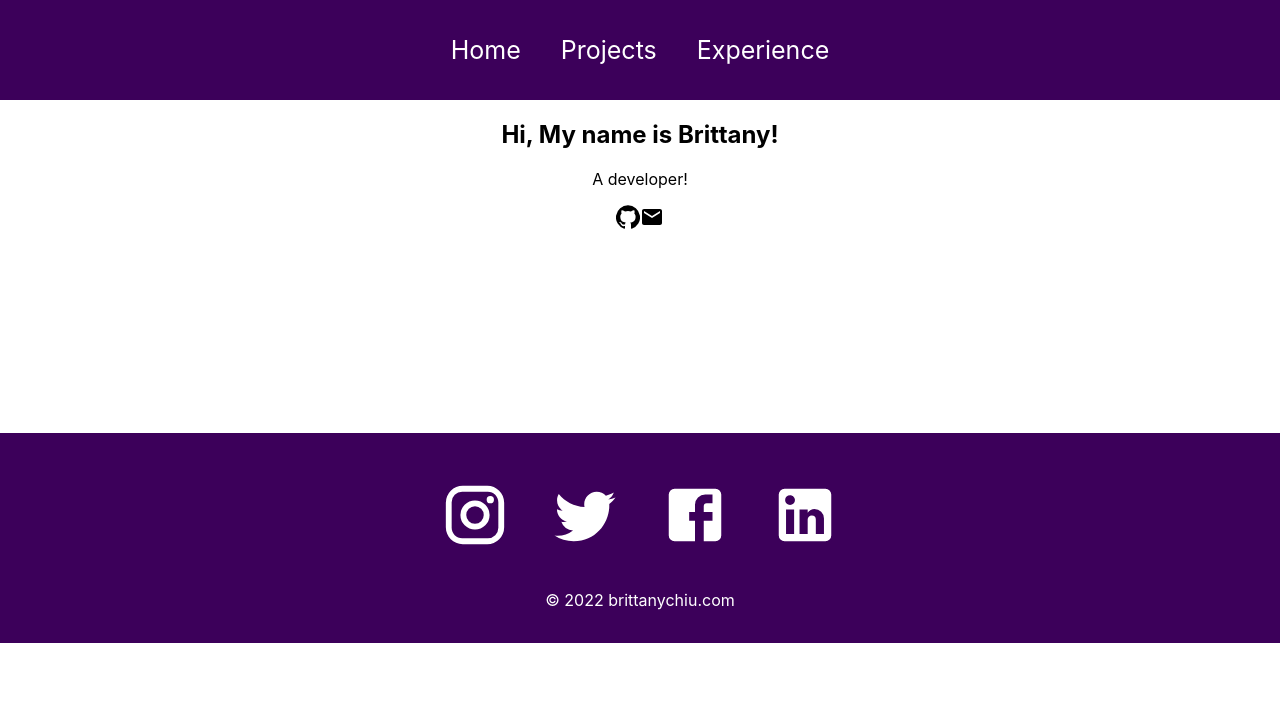
Repository: chiubacca94/chiufolio
Page: /
The author's editor kept a copy of each file at every save. The page is drawn from the files as they stood at one save, then again after the next save.
The browser window is 1280 px wide. The pictures show the whole page.
The project was rebuilt for these pictures with package versions that can differ from the ones it lists, and the page was loaded fresh each time. Also part of the build but not shown: src/components/Projects/Projects.js, src/components/Experiences/Experiences.js.

Above is the page before, as saved 2022-07-03 23:05:44.

### src/App.js
import './App.css';
import { BrowserRouter as Router, Routes, Route } from 'react-router-dom';
import Navbar from './components/NavBar/Navbar';
import Home from './components/Home/Home';
import Projects from './components/Projects/Projects';
import Experiences from './components/Experiences/Experiences';
import Footer from './components/Footer/Footer';

function App() {
  return (
    <div className="App">
      <Router>
        <Navbar />
        <Routes>
          <Route path="/" element={ <Home /> }></Route>
          <Route path="/projects" element={ <Projects /> }></Route>
          <Route path="/" element={ <Experiences /> }></Route>
        </Routes>
        <Footer />
      </Router>
    </div>
  );
}

export default App;

### src/App.css
.App {
  text-align: center;
}

body {
  margin: 0px;
  padding: 0px;
}

### src/components/NavBar/Navbar.js
import React, {useEffect, useState} from "react";
import { Link, useLocation } from "react-router-dom";
import ReorderIcon from '@material-ui/icons/Reorder';
import "./Navbar.css"

function Navbar() {
    // NavBr States
    const [ expandNavbar, setExpandNavbar ] = useState(false)
    const location = useLocation();

    // use when location changes and set navbar to false
    useEffect(() => {
        setExpandNavbar(false);
    }, [location])

    return (
        // id will change based on state
        <div className="navbar" id={expandNavbar ? "open" : "close"}>
            <div className="toggleButton">
                <button onClick={() => { setExpandNavbar((prev) => !prev) }}>
                    <ReorderIcon></ReorderIcon>
                </button>
            </div>
            <div className="links">
                <Link to="/"> Home </Link>
                <Link to="/projects"> Projects </Link>
                <Link to="/experience"> Experience </Link>
            </div>
        </div>
    )
}

export default Navbar;

### src/components/Home/Home.js
import React from 'react'
import GitHubIcon from '@material-ui/icons/GitHub'
import EmailIcon from '@material-ui/icons/Email'

export default function Home() {
  return (
    <div className='home'>
        <div className='about'>
            <h2>Hi, My name is Brittany!</h2>
            <div className='prompt'><p> A developer!</p></div>
            <GitHubIcon />
            <EmailIcon />
        </div>
    </div>
  )
}

### src/components/Footer/Footer.js
import React from 'react';
import InstagramIcon  from '@material-ui/icons/Instagram';
import TwitterIcon from '@material-ui/icons/Twitter';
import FacebookIcon from '@material-ui/icons/Facebook';
import LinkedInIcon from '@material-ui/icons/LinkedIn';
import './Footer.css'

export default function Footer() {
  return (
    <div className='footer'>
        <div className='socialMedia'>
            <InstagramIcon />
            <TwitterIcon />
            <FacebookIcon />
            <LinkedInIcon />
        </div>
        <p>&copy; 2022 brittanychiu.com</p>
    </div>
  )
}

### src/components/NavBar/Navbar.css
.navbar {
    width: 100%;
    height: 100px;
    background: #3c005a;
  }

  .links {
    width: 100%;
    height: 100%;
    display: flex;
    align-items: center;
    justify-content: center;
    color: white;
  }

  .navbar a {
    color: white;
    text-decoration: none;
    margin: 20px;
    font-size: 25px;
  }

  .toggleButton {
    width: 100%;
    height: 100px;
    display: flex;
    align-items: center;
    justify-content: flex-end;
  }

  .toggleButton svg {
    font-size: 50px;
  }
  .toggleButton button {
    margin-right: 20px;
    background-color: transparent;
    border: none;
    color: white;
    cursor: pointer;
  }

  #open {
    height: 100vh;
  }

  #open .links {
    flex-direction: column;
    justify-content: flex-start;
    margin-top: 100px;
  }

  #open a {
    width: 100%;
    text-align: center;
  }

  @media only screen and (max-width: 900px) {
    .navbar a {
      width: 70px;
    }
  }

  @media only screen and (max-width: 600px) {
    .toggleButton {
      display: flex;
    }
    #close a {
      display: none;
    }
  }

  @media only screen and (min-width: 600px) {
    .toggleButton {
      display: none;
    }

    .hiddenLinks {
      display: none;
    }

    #open {
      height: 100px;
    }

    #open .links {
      flex-direction: row;
    }
  }

### src/components/Footer/Footer.css
.footer {
    width: 100%;
    height: 200px;
    background: #3c005a;
    display: flex;
    justify-content: center;
    align-items: center;
    flex-direction: column;
    padding-top: 10px;
    margin-top: 200px;
  }

  .socialMedia svg {
    color: white;
    margin: 20px;
    font-size: 70px;
    cursor: pointer;
  }

  .footer p {
    color: white;
  }

  @media only screen and (max-width: 600px) {
    .footer svg {
      font-size: 50px;
    }
  }

Loaded but not shown: public/index.html (common file); src/index.js (common file); src/index.css (common file); src/reportWebVitals.js (common file)

After the next save:
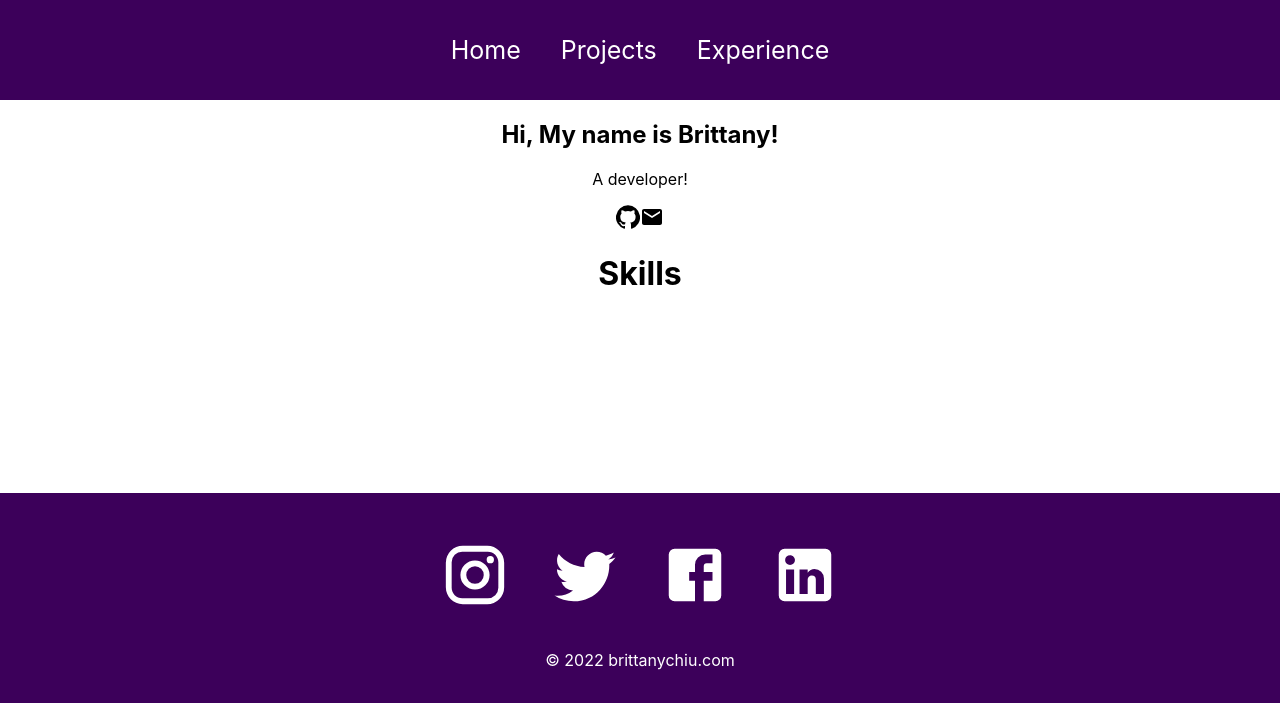
Saved 71 s later.
--- a/src/components/Home/Home.js
+++ b/src/components/Home/Home.js
@@ -11,6 +11,9 @@ export default function Home() {
             <GitHubIcon />
             <EmailIcon />
         </div>
+        <div className='skills'>
+            <h1>Skills</h1>
+        </div>
     </div>
   )
 }
